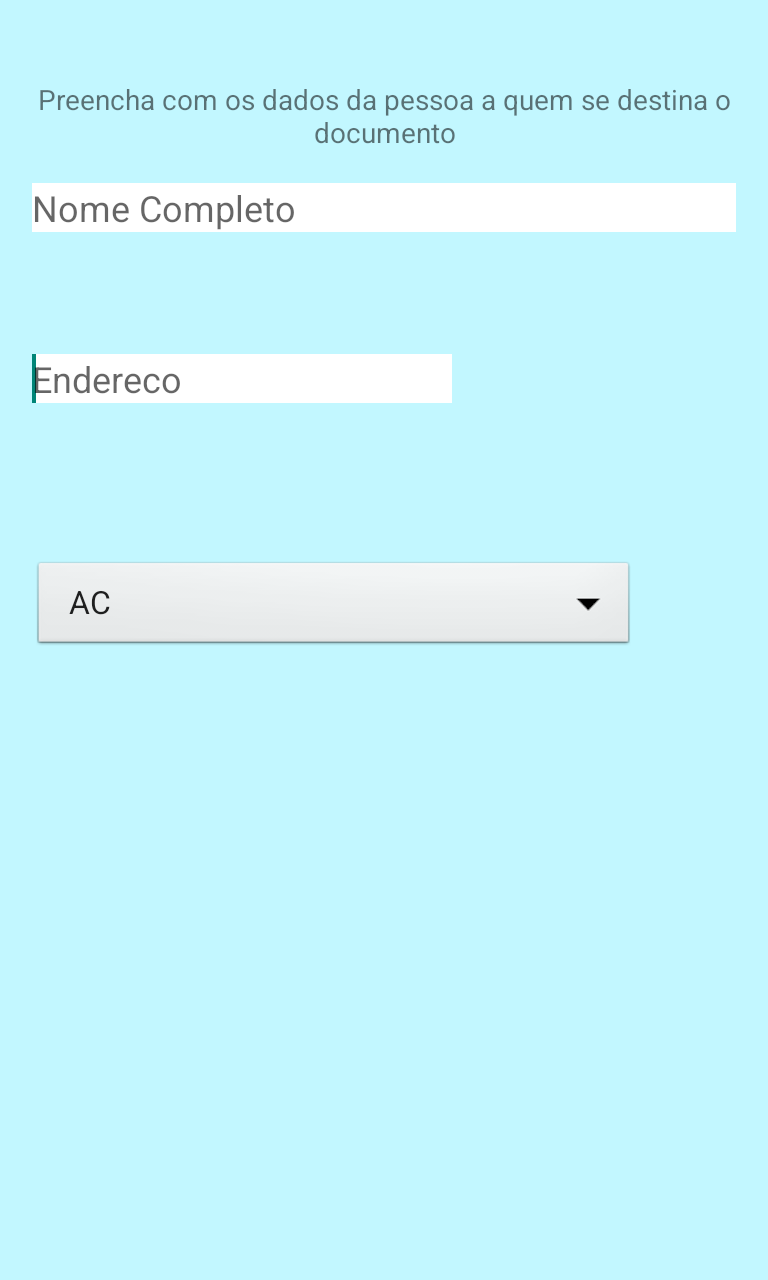
Repository: pdelfino/Projeto-livre
Layout: Protesto Livre/ProtestoLivre/res/layout/fragment_tela05.xml
An editor plug-in stored every save of this project. The layout is shown before and after the next save, followed by the edit.
It is drawn on a 768 x 1280 px phone screen (xhdpi) without system bars, with theme AppTheme; the app's code is not run.

Above is the layout before, as saved 2014-05-29 00:39:39.

### Protesto Livre/ProtestoLivre/res/layout/fragment_tela05.xml
<RelativeLayout xmlns:android="http://schemas.android.com/apk/res/android"
    xmlns:tools="http://schemas.android.com/tools"
    android:layout_width="match_parent"
    android:layout_height="match_parent"
    android:background="#C2F7FF"
    android:paddingBottom="@dimen/activity_vertical_margin"
    android:paddingLeft="@dimen/activity_horizontal_margin"
    android:paddingRight="@dimen/activity_horizontal_margin"
    android:paddingTop="@dimen/activity_vertical_margin"
    tools:context="br.sp.protestolivre.Tela05$PlaceholderFragment" >

    <TextView
        android:id="@+id/textView1"
        android:layout_width="wrap_content"
        android:layout_height="wrap_content"
        android:layout_alignParentTop="true"
        android:layout_centerHorizontal="true"
        android:layout_marginTop="24dp"
        android:gravity="center"
        android:text="Preencha com os dados da pessoa a quem se destina o documento" />

    <Spinner
        android:id="@+id/spinner1"
        android:layout_width="match_parent"
        android:layout_height="wrap_content"
        android:layout_alignRight="@+id/Nome"
        android:layout_alignTop="@+id/Endereco"
        android:layout_marginRight="50dp"
        android:layout_marginTop="102dp"
        android:background="@android:drawable/btn_dropdown"
        android:entries="@array/estados"
        android:spinnerMode="dropdown" />

    <EditText
        android:id="@+id/Endereco"
        android:layout_width="wrap_content"
        android:layout_height="wrap_content"
        android:layout_alignLeft="@+id/spinner1"
        android:layout_below="@+id/Nome"
        android:layout_marginTop="61dp"
        android:background="#ffffff"
        android:ems="10"
        android:hint="Endereco" >

        <requestFocus />
    </EditText>

    <EditText
        android:id="@+id/Nome"
        android:layout_width="wrap_content"
        android:layout_height="wrap_content"
        android:layout_alignLeft="@+id/textView1"
        android:layout_alignRight="@+id/textView1"
        android:layout_below="@+id/textView1"
        android:layout_marginTop="16dp"
        android:background="#ffffff"
        android:ems="10"
        android:hint="Nome Completo"
        android:inputType="textPersonName" />

</RelativeLayout>

### Protesto Livre/ProtestoLivre/res/values/strings.xml
<?xml version="1.0" encoding="utf-8"?>
<resources>

    <string name="app_name">Protesto Livre</string>
    <string name="hello_world">Hello world!</string>
    <string name="action_settings">Settings</string>
    <string name="title_activity_tela04">Tela04</string>
    <string name="title_activity_tela05">Tela05</string>
	<string-array name="estados">
        <item>AC</item>
		<item>AL</item>
		<item>AP</item>
		<item>AM</item>
		<item>BA</item>
		<item>CE</item>
		<item>DF</item>
		<item>ES</item>
		<item>GO</item>
		<item>MA</item>
		<item>MT</item>
		<item>MS</item>
		<item>MG</item>
		<item>PA</item>
		<item>PB</item>
		<item>PR</item>
		<item>PE</item>
		<item>PI</item>
		<item>RJ</item>
		<item>RN</item>
		<item>RS</item>
		<item>RO</item>
		<item>RR</item>
		<item>SC</item>
		<item>SP</item>
		<item>SE</item>
		<item>TO</item>
    </string-array>
</resources>

Loaded but not shown: Protesto Livre/ProtestoLivre/res/values/styles.xml (common file); Protesto Livre/ProtestoLivre/res/values-v11/styles.xml (common file); Protesto Livre/ProtestoLivre/res/values-v14/styles.xml (common file); Protesto Livre/ProtestoLivre/res/values/dimens.xml (common file); Protesto Livre/ProtestoLivre/res/values-w820dp/dimens.xml (common file)

After the next save:
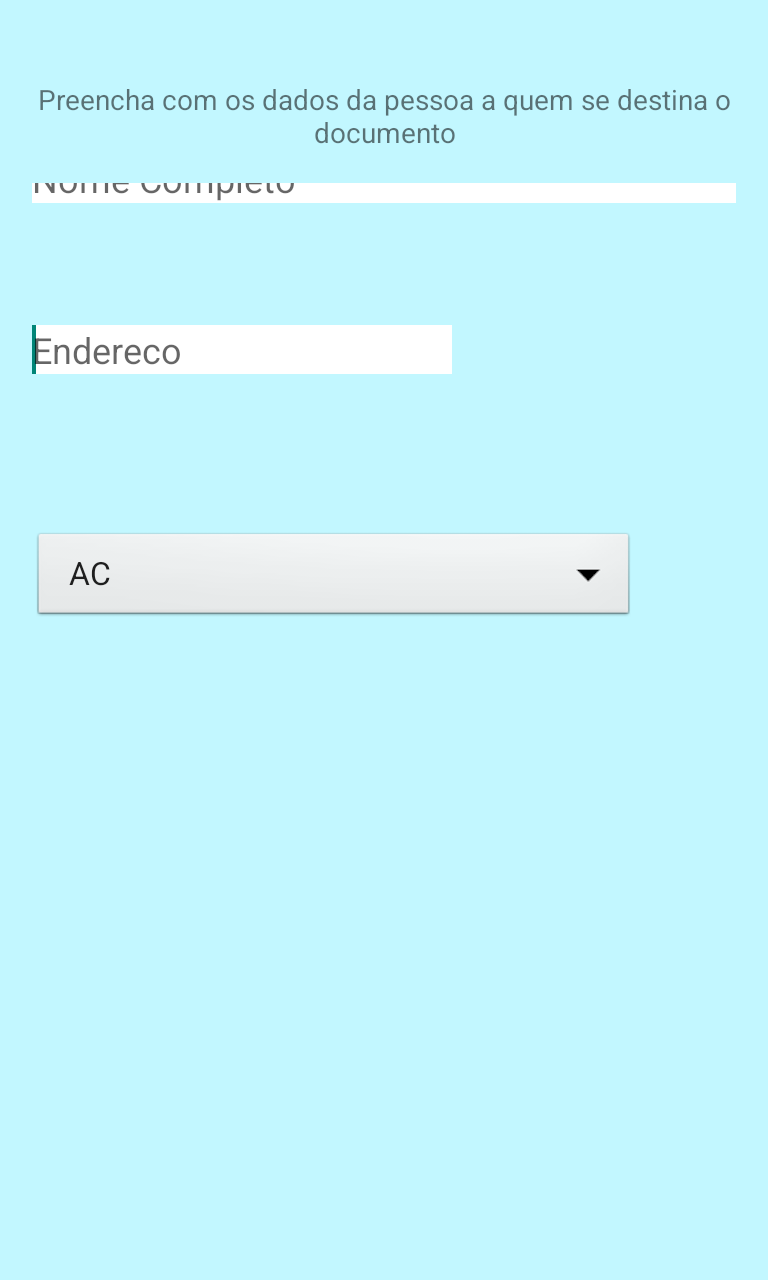
Saved 18 s later.
--- a/Protesto Livre/ProtestoLivre/res/layout/fragment_tela05.xml
+++ b/Protesto Livre/ProtestoLivre/res/layout/fragment_tela05.xml
@@ -48,7 +48,7 @@
     <EditText
         android:id="@+id/Nome"
         android:layout_width="wrap_content"
-        android:layout_height="wrap_content"
+        android:layout_height="10"
         android:layout_alignLeft="@+id/textView1"
         android:layout_alignRight="@+id/textView1"
         android:layout_below="@+id/textView1"
